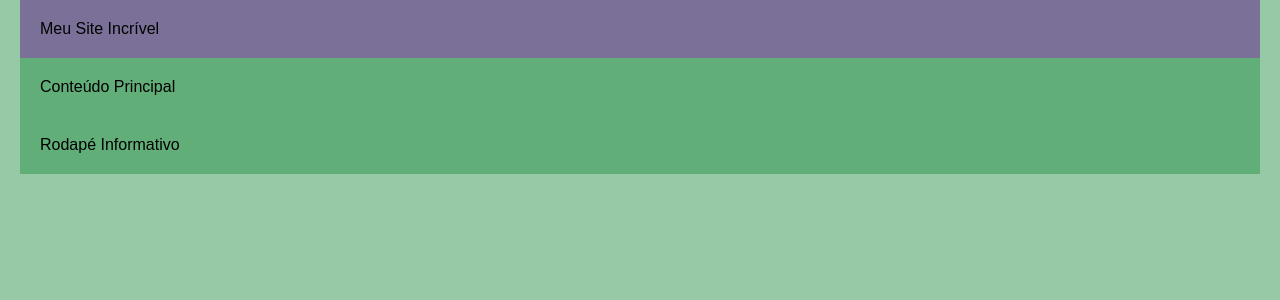
Repository: douglasabnovato/model-lp
Page: index.html
These files come from the project's save history. The page is drawn as it stood at one moment and after the next save; the edit follows.
The browser window is 1280 px wide. The pictures show the whole page.

Above is the page before, as saved 2025-02-24 16:41:02.

### index.html
<!DOCTYPE html>
<html lang="pt-br">
<head>
  <meta charset="UTF-8">
  <meta name="viewport" content="width=device-width, initial-scale=1.0">
  <title>Filmes Épicos</title>
  <link rel="stylesheet" type="text/css" href="./style.css" />
</head>
<body>
  <header>Meu Site Incrível</header>
  <main>Conteúdo Principal</main>
  <footer>Rodapé Informativo</footer>
</body>
</html>

### style.css
/* Estilos base para mobile */
body {
  font-family: Arial, sans-serif;
  margin: 0;
  background-color: #65691c77;
}

header,
main,
footer {
  padding: 20px;
}

header{
    background-color: #5b0a8777;
}

main {
    background-color: #238d4377;
}

footer {
    background-color: #238d4377;
}

/* Media Query para telas maiores */
@media (min-width: 768px) {
  body {
    background-color: #238d4377;
  }

  header,
  main,
  footer {
    max-width: 1200px;
    margin: 0 auto;
  }
}

After the next save:
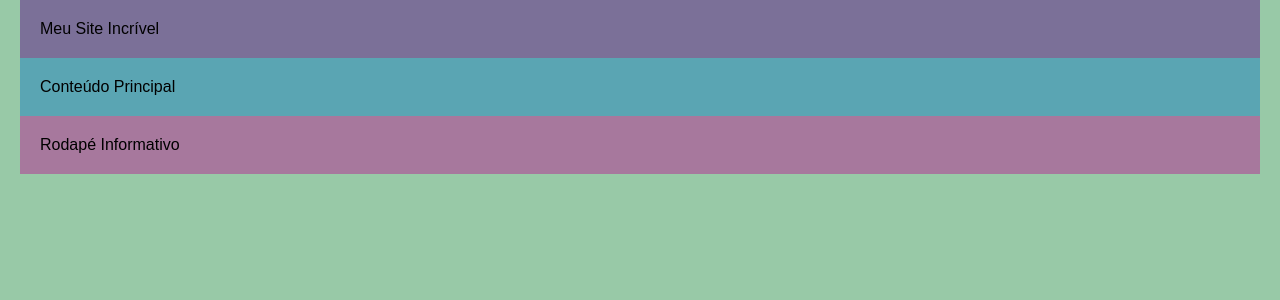
Saved 13 s later.
--- a/style.css
+++ b/style.css
@@ -16,11 +16,11 @@ header{
 }
 
 main {
-    background-color: #238d4377;
+    background-color: #157bc077;
 }
 
 footer {
-    background-color: #238d4377;
+    background-color: #b81b9377;
 }
 
 /* Media Query para telas maiores */
